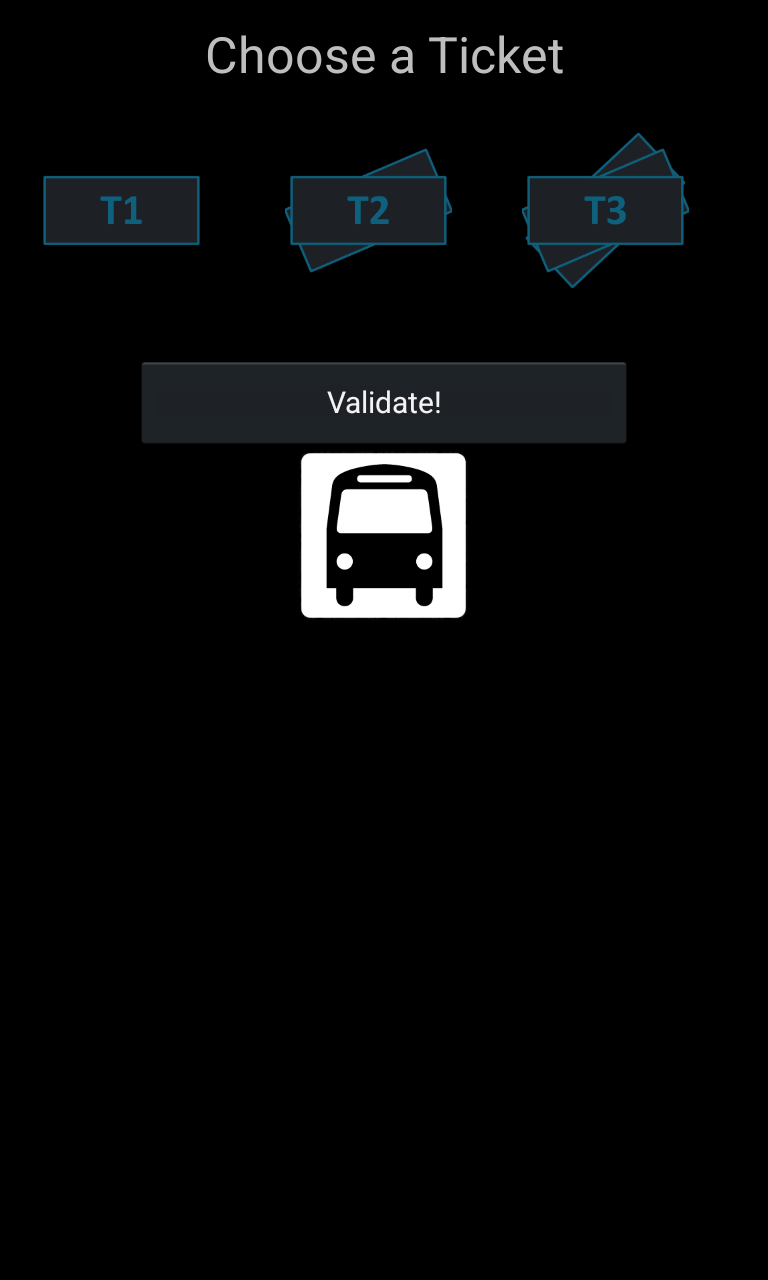
Repository: Nelspike/BusTicketer
Layout: PassengerMode/res/layout/fragment_show_tickets.xml
The author's editor kept a copy of each file at every save. The layout is drawn from the files as they stood at one save, then again after the next save.
It is drawn on a 768 x 1280 px phone screen (xhdpi) without system bars, with theme AppTheme; the app's code is not run.

Above is the layout before, as saved 2013-10-19 20:24:23.

After the next save:
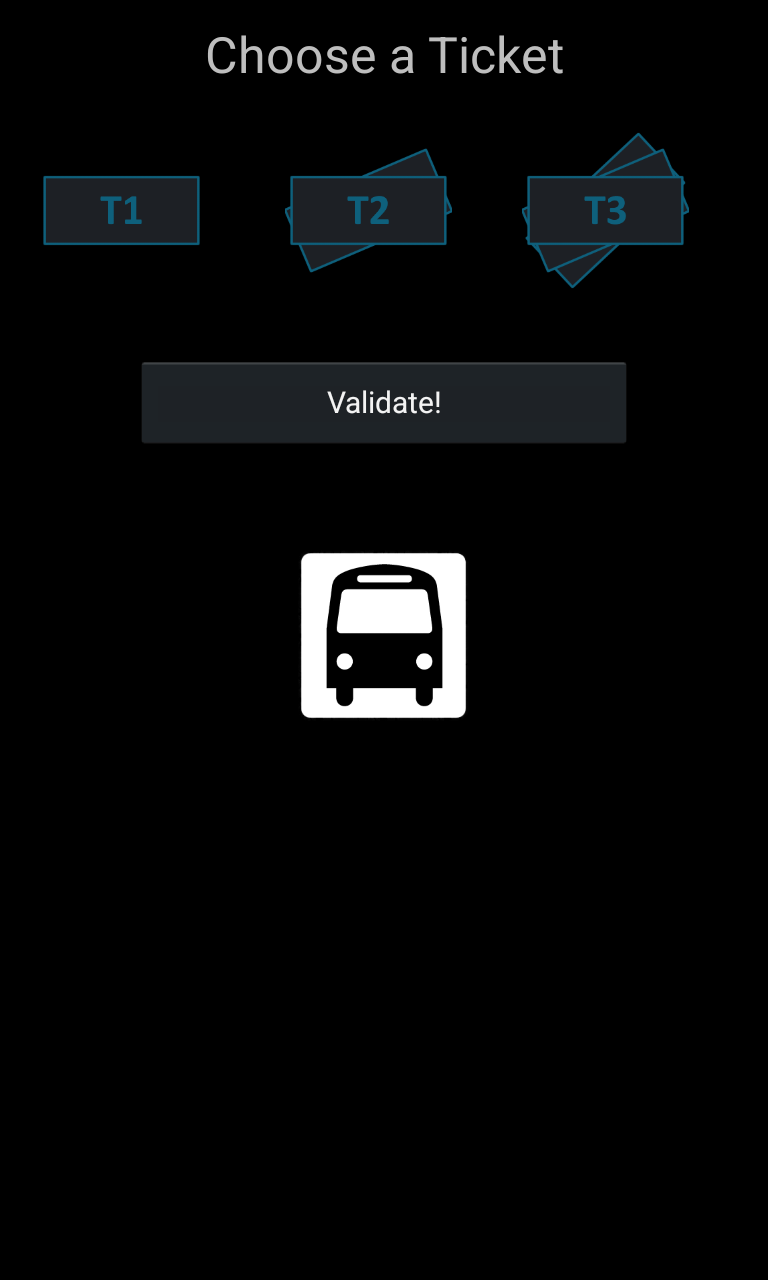
Saved 25 s later.
--- a/PassengerMode/res/layout/fragment_show_tickets.xml
+++ b/PassengerMode/res/layout/fragment_show_tickets.xml
@@ -64,7 +64,8 @@
 		    android:layout_width="wrap_content"
 		    android:layout_height="match_parent"
 		    android:src="@drawable/bus"
-		    android:layout_gravity="center"/>
+		    android:layout_gravity="center"
+		    android:paddingTop="50dp"/>
 
     </LinearLayout>
 
